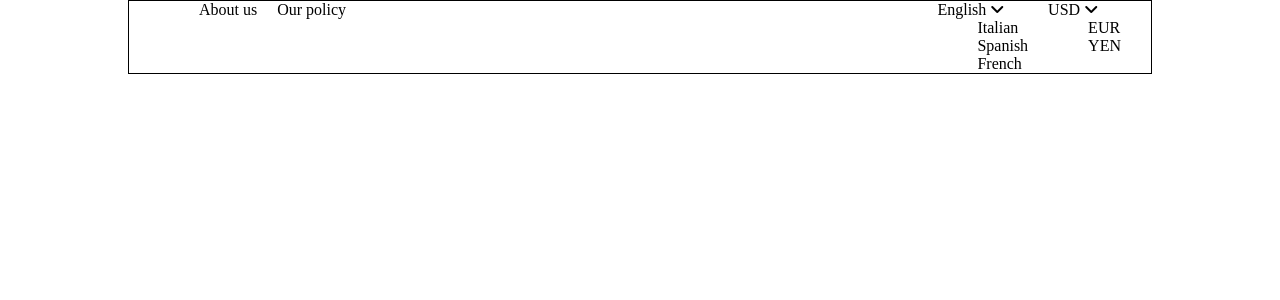
Repository: jacoporm1989/studioFlexbox
Page: FLEXBOX/header+navbar+hero+cards/index.html
The author's editor kept a copy of each file at every save. The page is drawn from the files as they stood at one save, then again after the next save.
The browser window is 1280 px wide. The pictures show the whole page.

Above is the page before, as saved 2026-06-17 18:25:43.

### FLEXBOX/header+navbar+hero+cards/index.html
<!DOCTYPE html>
<html lang="en">

<head>
    <meta charset="UTF-8">
    <meta name="viewport" content="width=device-width, initial-scale=1.0">
    <link rel="stylesheet" href="style.css">
    <link rel="stylesheet" href="https://cdnjs.cloudflare.com/ajax/libs/font-awesome/6.7.2/css/all.min.css">
    <title>Document</title>
</head>

<body>

    <div class="container">

        <header>

            <div class="up-menu">
                <ul class="lato-sx">
                    <li>About us</li>
                    <li>Our policy</li>
                </ul>

                <ul class="lato-dx">

                    <li>
                        <p>English <i class="fa-solid fa-angle-down"></i><i class="fa-solid fa-angle-up"></i></p>
                        <ul>
                            <li>Italian</li>
                            <li>Spanish</li>
                            <li>French</li>
                        </ul>
                    </li>

                    <li>
                        <p>USD <i class="fa-solid fa-angle-down"></i><i class="fa-solid fa-angle-up"></i></p>
                        <ul>
                            <li>EUR</li>
                            <li>YEN</li>
                        </ul>
                    </li>
                </ul>

            </div>


            <nav>


            </nav>
        </header>


    </div>

</body>

</html>

### FLEXBOX/header+navbar+hero+cards/style.css
* {
    box-sizing: border-box;
    margin: 0;
}


.container {
    border: 1px solid black;
    width: 80%;
    margin: auto;
}


header {

    padding-left: 30px;
    padding-right: 30px;

}

.up-menu {
    display: flex;
    flex-direction: row;
    gap: 40px;
    justify-content:space-between;
}

.lato-sx {
    display: flex;
    gap: 20px;

}

.lato-dx {
    display: flex;
    gap: 20px;

}

.lato-dx li:first-child:hover .fa-angle-down{
    display:none;
}

.lato-dx li:first-child:hover .fa-angle-up{
    display:inline !important;
}

.lato-dx li:last-child:hover .fa-angle-down{
    display:none;
}

.lato-dx li:last-child:hover .fa-angle-up{
    display:inline !important;
}

.fa-angle-up{
    display:none !important;
}



ul{
    list-style-type: none;
    margin:0;
}

After the next save:
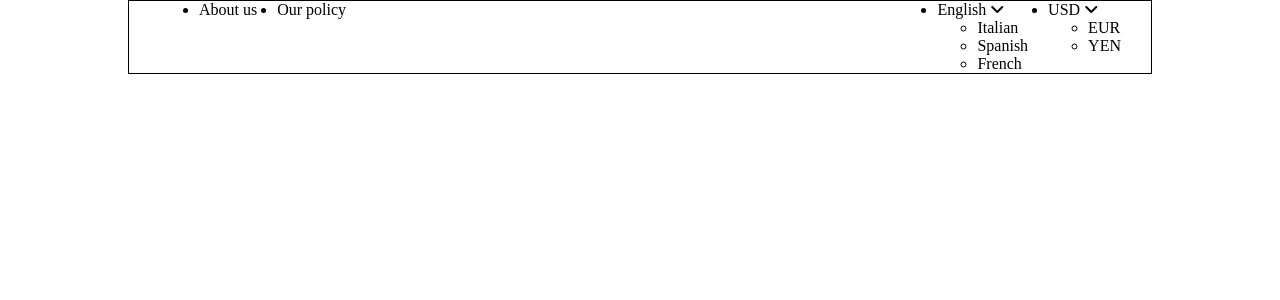
Saved 39 h 29 min later.
--- a/FLEXBOX/header+navbar+hero+cards/style.css
+++ b/FLEXBOX/header+navbar+hero+cards/style.css
@@ -57,6 +57,8 @@
     display:none !important;
 }
 
+.lsto-dr
+
 
 
 ul{

After the save that followed:
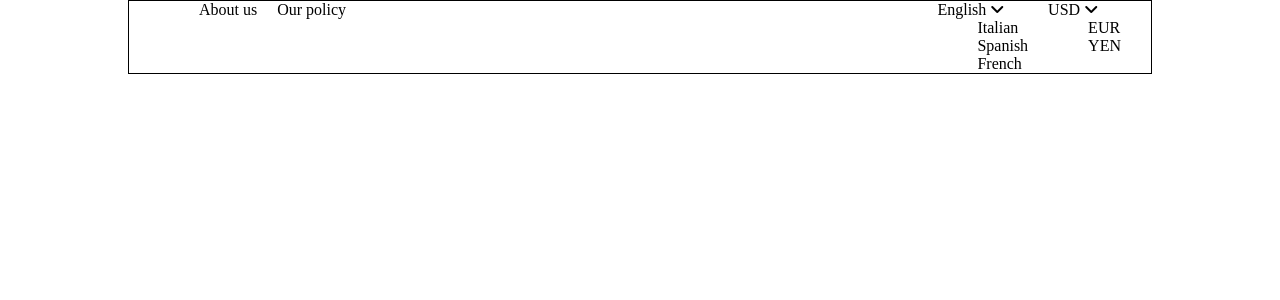
Saved 98 s later.
--- a/FLEXBOX/header+navbar+hero+cards/style.css
+++ b/FLEXBOX/header+navbar+hero+cards/style.css
@@ -8,6 +8,11 @@
     border: 1px solid black;
     width: 80%;
     margin: auto;
+}
+
+ul{
+    list-style-type:none;
+    margin:0;
 }
 
 
